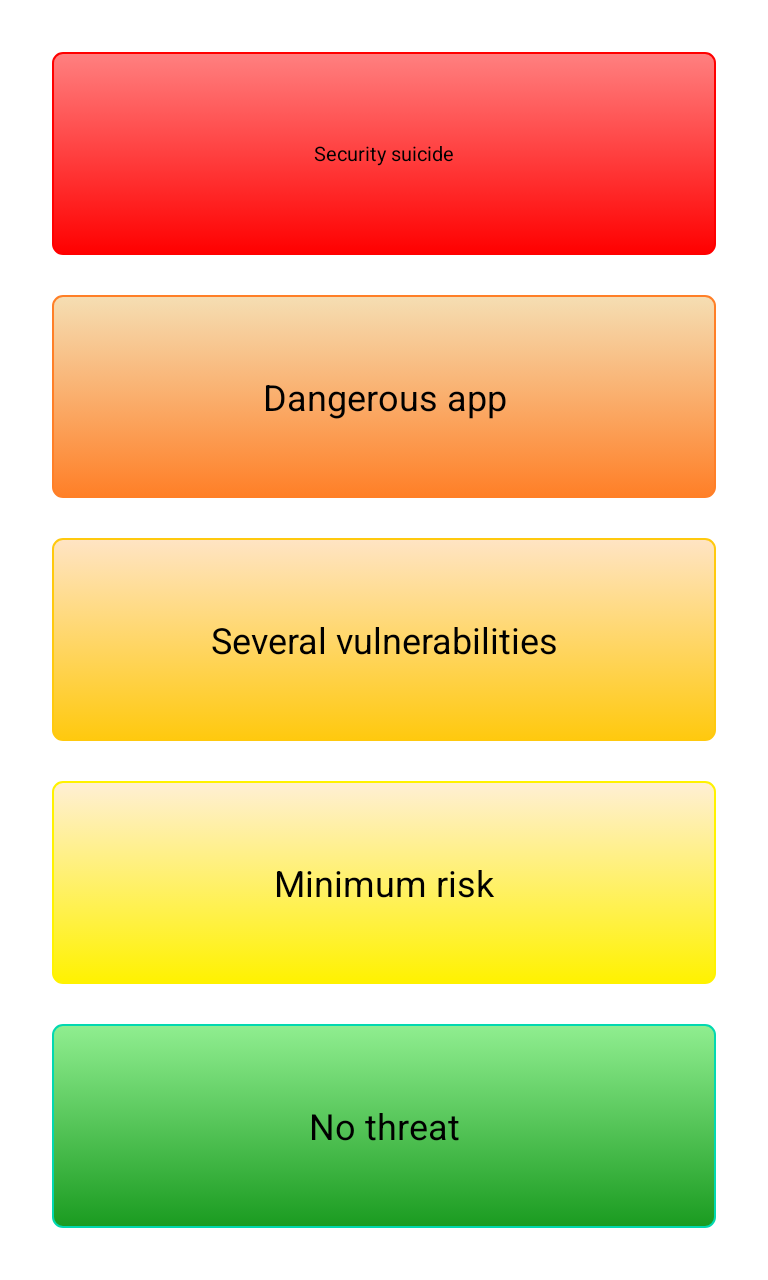
Repository: n0whereman/feidroid
Layout: Src/ApplicationViewer/res/layout/fragment_analysis2.xml
The author's editor kept a copy of each file at every save. The layout is drawn from the files as they stood at one save, then again after the next save.
It is drawn on a 768 x 1280 px phone screen (xhdpi) without system bars, with theme android:Theme.Holo.Light; the app's code is not run.

Above is the layout before, as saved 2015-04-25 20:45:54.

### Src/ApplicationViewer/res/layout/fragment_analysis2.xml
<LinearLayout xmlns:android="http://schemas.android.com/apk/res/android"
    xmlns:tools="http://schemas.android.com/tools"
    android:layout_width="match_parent"
    android:layout_height="match_parent"
    android:fadingEdge="horizontal"
    android:orientation="vertical"
    android:paddingBottom="@dimen/activity_vertical_margin"
    android:paddingLeft="@dimen/activity_horizontal_margin"
    android:paddingRight="@dimen/activity_horizontal_margin"
    android:paddingTop="@dimen/activity_vertical_margin"
    android:weightSum="5"
    tools:context="pete.android.study.AnalysisActivity$PlaceholderFragment" >

    <Button
        android:id="@+id/btnThreadLvl5"
        android:layout_width="match_parent"
        android:layout_height="wrap_content"
        android:layout_weight="1"
        android:text="@string/threadLvl5"
        android:background="@drawable/button_thread5"
        android:textSize="10sp"
        android:layout_margin="10dp" />

    <Button
        android:id="@+id/btnThreadLvl4"
        android:layout_width="match_parent"
        android:layout_height="wrap_content"
        android:layout_weight="1"
        android:text="@string/threadLvl4"
        android:background="@drawable/button_thread4"
        android:layout_margin="10dp" />

    <Button
        android:id="@+id/btnThreadLvl3"
        android:layout_width="match_parent"
        android:layout_height="wrap_content"
        android:layout_weight="1"
        android:text="@string/threadLvl3"
        android:background="@drawable/button_thread3"
        android:layout_margin="10dp" />

    <Button
        android:id="@+id/btnThreadLvl2"
        android:layout_width="match_parent"
        android:layout_height="wrap_content"
        android:layout_weight="1"
        android:text="@string/threadLvl2"
        android:background="@drawable/button_thread2"
        android:layout_margin="10dp" />

    <Button
        android:id="@+id/btnThreadLvl1"
        android:layout_width="match_parent"
        android:layout_height="wrap_content"
        android:layout_weight="1"
        android:text="@string/threadLvl1"
        android:background="@drawable/button_thread1"
    	android:layout_margin="10dp" />

</LinearLayout>

### Src/ApplicationViewer/res/values/dimens.xml
<resources>

    <!-- Default screen margins, per the Android Design guidelines. -->
    <dimen name="activity_horizontal_margin">16dp</dimen>
    <dimen name="activity_vertical_margin">16dp</dimen>

    <dimen name="padding_8">8dp</dimen>
    <dimen name="padding_16">16dp</dimen>
    <dimen name="padding_32">32dp</dimen>
    <dimen name="padding_48">48dp</dimen>

</resources>

### Src/ApplicationViewer/res/values/strings.xml
<?xml version="1.0" encoding="utf-8"?>
<resources>

    <string name="hello">Hello World, MainActivity!</string>
    <string name="app_name">Suspicious Apps Checker</string>
    <string name="LaunchButton">Launch</string>
    <string name="AppInfoButton">Info</string>
    <string name="AnalyzeButton">Analyze</string>
    <string name="title_activity_launch">LaunchActivity</string>
    <string name="hello_world">Hello world!</string>
    <string name="action_settings">Settings</string>
    <string name="desc">Blabla</string>
    <string name="title_activity_detail">App Info</string>

    <!-- Main activity -->
    <string name="action_open_app">Launch</string>
    <string name="action_detail_app">Detail</string>

    <!-- Detail activity -->
    <string name="label_package_name">Package name:</string>
    <string name="label_class_name">Class name:</string>
    <string name="label_process_name">Process name:</string>
    <string name="label_version_name">Version name:</string>
    <string name="label_version_code">Version code:</string>
    <string name="label_sdk_version">Target SDK :</string>
    <string name="label_install_date">Install date:</string>
    <string name="label_last_update">Last update:</string>
    <string name="label_source_directory">Source directory:</string>
    <string name="label_data_directory">Data directory:</string>
    <string name="label_permissions">Permissions:</string>
    <string name="label_flags">Flags:</string>
    <string name="label_no_permissions">No permissions</string>
    <string name="Analyze_appButton">Analysis</string>

     <!-- Analysis activity -->
     <string name="label_list_of_permissions">Permisions List:</string>
     <string name="label_unsafe_permissions">Suspicious perm.:</string>
     <string name="label_choosed_category">Category:</string>
     <string name="label_score">Risk:</string>


    <!-- Category list -->
    <string name="label_Category">Category:</string>

    <string-array name="category_array">
        <item>Games</item>
        <item>Communication</item>
        <item>Entertainment</item>
        <item>Finance</item>
        <item>Health</item>
        <item>Lifestyle</item>
        <item>Multimedia</item>
        <item>Productivity</item>
        <item>Shopping</item>
        <item>Social</item>
        <item>Sports</item>
        <item>Themes</item>
        <item>Tools</item>
        <item>Travel</item>
    </string-array>

    <string name="title_activity_analysis">App Analysis</string>
    <string name="title_analysis_detail">Analysis detail</string>
    <string name="threadLvl1">No threat</string>
    <string name="threadLvl2">Minimum risk</string>
    <string name="threadLvl3">Several vulnerabilities</string>
    <string name="threadLvl4">Dangerous app</string>
    <string name="threadLvl5">Security suicide</string>
    <string name="label_no_categories">No category</string>
    <string name="label_sha1hash">SHA1:</string>

</resources>

### Src/ApplicationViewer/res/drawable-hdpi/button_thread5.xml
<?xml version="1.0" encoding="utf-8"?>
<selector xmlns:android="http://schemas.android.com/apk/res/android" >
<item android:state_pressed="true" >
 <shape android:shape="rectangle"  >
     <corners android:radius="5dp" />
     <stroke android:width="1dip" android:color="@color/red_temp" />
     <gradient android:angle="-90" android:startColor="@color/red_temp" android:endColor="@color/red_temp"  />
 </shape>
</item>
<item android:state_focused="true">
 <shape android:shape="rectangle"  >
     <corners android:radius="5dp" />
     <stroke android:width="1dip" android:color="#971E05" />
     <solid android:color="#58857e"/>
 </shape>
</item>
<item >
<shape android:shape="rectangle"  >
     <corners android:radius="5dp" />
     <stroke android:width="1dip" android:color="@color/bright_red" />
     <gradient android:angle="-90" android:startColor="@color/red_temp" android:endColor="@color/button_red" />
 </shape>
</item>
</selector>

### Src/ApplicationViewer/res/drawable-hdpi/button_thread4.xml
<?xml version="1.0" encoding="utf-8"?>
<selector xmlns:android="http://schemas.android.com/apk/res/android" >
<item android:state_pressed="true" >
 <shape android:shape="rectangle"  >
     <corners android:radius="5dp" />
     <stroke android:width="1dip" android:color="@color/orange_temp" />
     <gradient android:angle="-90" android:startColor="@color/orange_temp" android:endColor="@color/orange_temp"  />
 </shape>
</item>
<item android:state_focused="true">
 <shape android:shape="rectangle"  >
     <corners android:radius="5dp" />
     <stroke android:width="1dip" android:color="#971E05" />
     <solid android:color="#58857e"/>
 </shape>
</item>
<item >
<shape android:shape="rectangle"  >
     <corners android:radius="5dp" />
     <stroke android:width="1dip" android:color="@color/bright_orange" />
     <gradient android:angle="-90" android:startColor="@color/orange_temp" android:endColor="@color/button_orange" />
 </shape>
</item>
</selector>

### Src/ApplicationViewer/res/drawable-hdpi/button_thread3.xml
<?xml version="1.0" encoding="utf-8"?>
<selector xmlns:android="http://schemas.android.com/apk/res/android" >
<item android:state_pressed="true" >
 <shape android:shape="rectangle"  >
     <corners android:radius="5dp" />
     <stroke android:width="1dip" android:color="@color/amber_temp" />
     <gradient android:angle="-90" android:startColor="@color/amber_temp" android:endColor="@color/amber_temp"  />
 </shape>
</item>
<item android:state_focused="true">
 <shape android:shape="rectangle"  >
     <corners android:radius="5dp" />
     <stroke android:width="1dip" android:color="#971E05" />
     <solid android:color="#58857e"/>
 </shape>
</item>
<item >
<shape android:shape="rectangle"  >
     <corners android:radius="5dp" />
     <stroke android:width="1dip" android:color="@color/bright_amber" />
     <gradient android:angle="-90" android:startColor="@color/amber_temp" android:endColor="@color/button_amber" />
 </shape>
</item>
</selector>

### Src/ApplicationViewer/res/drawable-hdpi/button_thread2.xml
<?xml version="1.0" encoding="utf-8"?>
<selector xmlns:android="http://schemas.android.com/apk/res/android" >
<item android:state_pressed="true" >
 <shape android:shape="rectangle"  >
     <corners android:radius="5dp" />
     <stroke android:width="1dip" android:color="@color/yellow_temp" />
     <gradient android:angle="-90" android:startColor="@color/yellow_temp" android:endColor="@color/yellow_temp"  />
 </shape>
</item>
<item android:state_focused="true">
 <shape android:shape="rectangle"  >
     <corners android:radius="5dp" />
     <stroke android:width="1dip" android:color="#971E05" />
     <solid android:color="#58857e"/>
 </shape>
</item>
<item >
<shape android:shape="rectangle"  >
     <corners android:radius="5dp" />
     <stroke android:width="1dip" android:color="@color/bright_yellow" />
     <gradient android:angle="-90" android:startColor="@color/yellow_temp" android:endColor="@color/button_yellow" />
 </shape>
</item>
</selector>

### Src/ApplicationViewer/res/drawable-hdpi/button_thread1.xml
<?xml version="1.0" encoding="utf-8"?>
<selector xmlns:android="http://schemas.android.com/apk/res/android" >
<item android:state_pressed="true" >
 <shape android:shape="rectangle"  >
     <corners android:radius="5dp" />
     <stroke android:width="1dip" android:color="@color/green_temp" />
     <gradient android:angle="-90" android:startColor="@color/green_temp" android:endColor="@color/green_temp"  />
 </shape>
</item>
<item android:state_focused="true">
 <shape android:shape="rectangle"  >
     <corners android:radius="5dp" />
     <stroke android:width="1dip" android:color="#971E05" />
     <solid android:color="#58857e"/>
 </shape>
</item>
<item >
<shape android:shape="rectangle"  >
     <corners android:radius="5dp" />
     <stroke android:width="1dip" android:color="@color/bright_green" />
     <gradient android:angle="-90" android:startColor="@color/green_temp" android:endColor="@color/button_green" />
 </shape>
</item>
</selector>

### Src/ApplicationViewer/res/values/colors.xml
<?xml version="1.0" encoding="utf-8"?>
<resources>
    <color name="black">#000000</color>

    <color name="perm_green">#069C00</color>
    <color name="perm_yellow">#D9CA00</color>
    <color name="perm_orange">#D45F00</color>
    <color name="perm_red">#AB0000</color>

    <!-- Green -->
	<color name="green_temp">#90EE90</color>
	<color name="green_dark">#159204</color>
	<color name="bright_green">#02D8B0</color>
	<color name="button_green">#1A9B20</color>

	<!-- Yellow -->
	<color name="yellow_temp">#FFEFD5</color>
	<color name="yellow_dark">#FFF200</color>
	<color name="bright_yellow">#FFF200</color>
	<color name="button_yellow">#FFF200</color>

	<!-- Amber -->
	<color name="amber_temp">#FFE4C4</color>
	<color name="amber_dark">#FFC90E</color>
	<color name="bright_amber">#FFC90E</color>
	<color name="button_amber">#FFC90E</color>

	<!-- Orange -->
	<color name="orange_temp">#F5DEB3</color>
	<color name="orange_dark">#FF7F27</color>
	<color name="bright_orange">#FF7F27</color>
	<color name="button_orange">#FF7F27</color>

	<!-- Red -->
	<color name="red_temp">#FF8080</color>
	<color name="red_dark">#FF0000</color>
	<color name="bright_red">#FF0000</color>
	<color name="button_red">#FF0000</color>
</resources>

Loaded but not shown: Src/ApplicationViewer/res/values-w820dp/dimens.xml (common file)

After the next save:
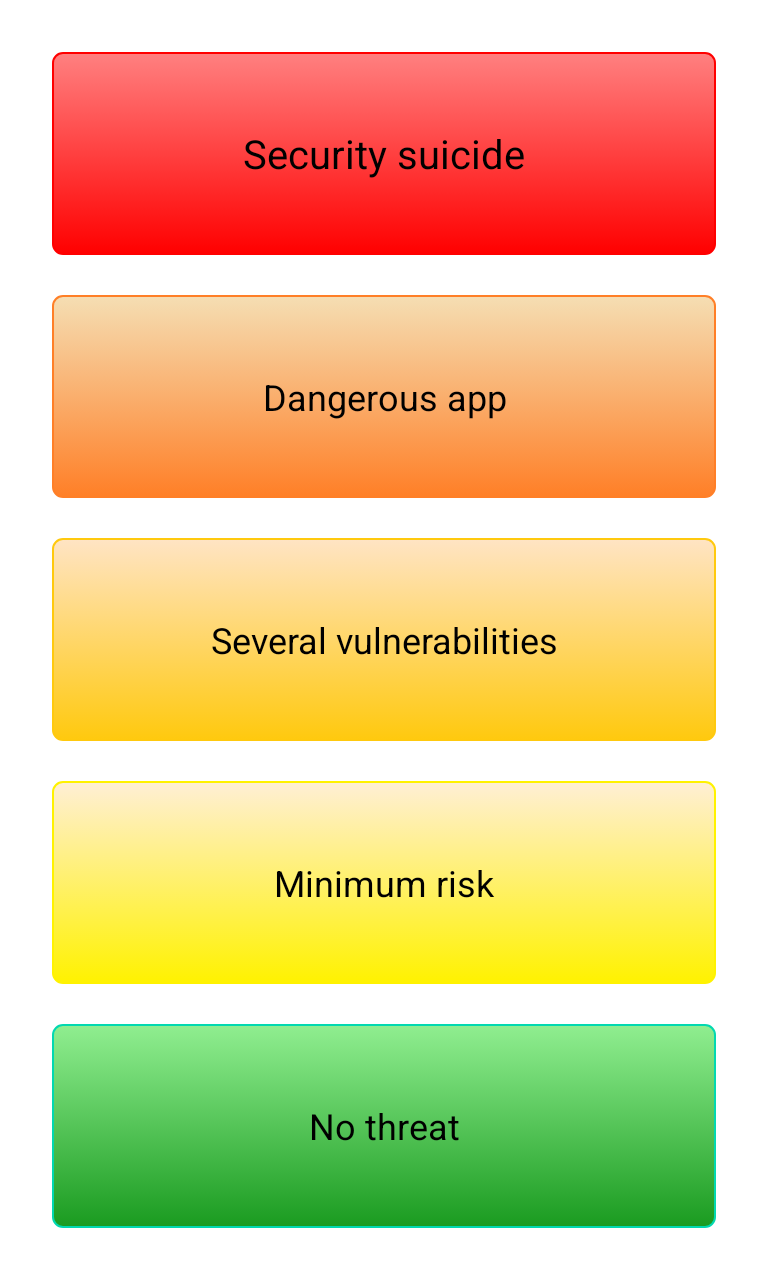
Saved 10 s later.
--- a/Src/ApplicationViewer/res/layout/fragment_analysis2.xml
+++ b/Src/ApplicationViewer/res/layout/fragment_analysis2.xml
@@ -18,7 +18,7 @@
         android:layout_weight="1"
         android:text="@string/threadLvl5"
         android:background="@drawable/button_thread5"
-        android:textSize="10sp"
+        android:textSize="20sp"
         android:layout_margin="10dp" />
 
     <Button
